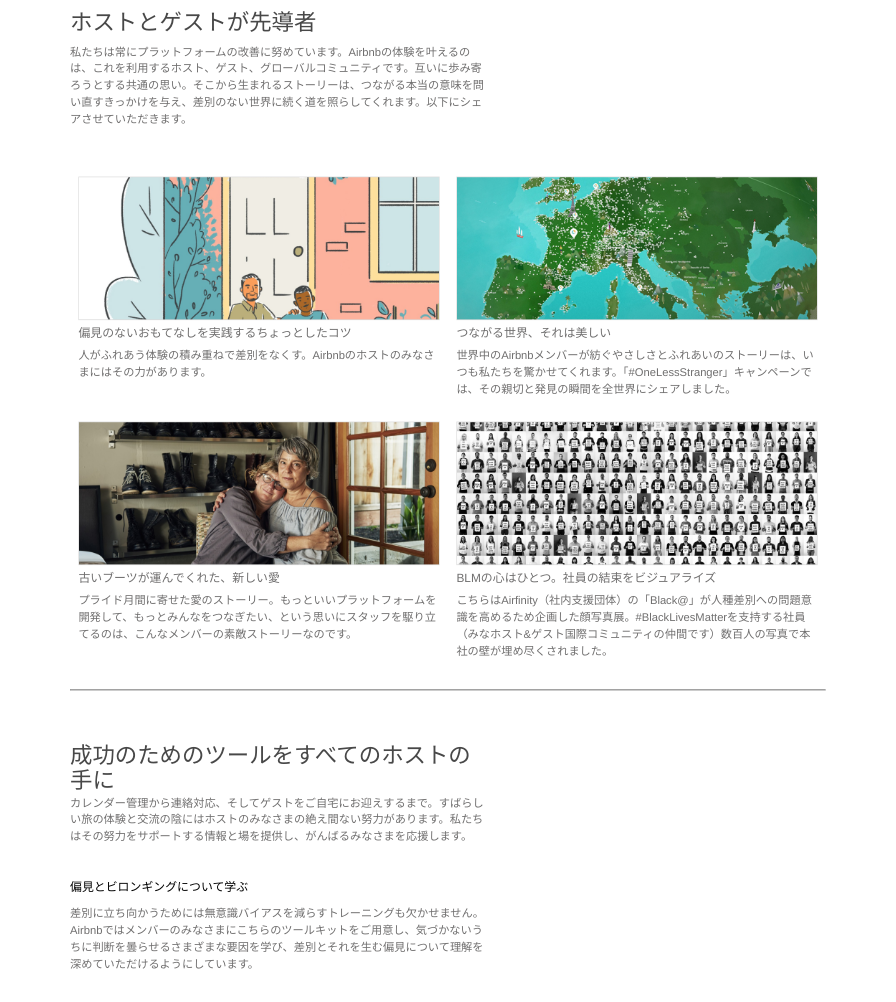
Repository: Ryoma-tech/20200622_htmlcss01
Page: index.html
The author's editor kept a copy of each file at every save. The page is drawn from the files as they stood at one save, then again after the next save.
The browser window is 1280 px wide. The pictures show the part of the page from y = 1466 to 3386 px (the page is 2897 px tall before and 3386 px after), at 70% of full size.

Above is the page before, as saved 2020-06-24 14:26:39.

### index.html
<!DOCTYPE html>
<html lang="en">

<head>
    <meta charset="UTF-8">
    <meta name="viewport" content="width=device-width, initial-scale=1.0">
    <title>Document</title>
    <link rel="stylesheet" href="style.css">
</head>

<body>
    <header>
        <h1><img src="images/Vector.png" alt=""></h1>
        <div class="topSearchBar">
            <img src="images/Frame.png" height="18" width="18" class="searchBarIcon"></img>
            <input type="text" placeholder="探す">
        </div>
        <nav>
            <ul>
                <li>
                    <a href=""><img src="images/Frame (1).png" alt="" height="12" width="12" class="jpIcon"> 日本語(JP)</a>
                </li>
                <li><a href="">¥ JPY</a></li>
                <li><a href="">ホストをはじめる</a></li>
                <li><a href="">ヘルプ</a></li>
                <li><a href="">登録する</a></li>
                <li><a href="">ログイン</a></li>
            </ul>
        </nav>
    </header>
    <main>
        <div class="topWrapper">
            <div class="topMessage">
                <h1>多様な国際コミュニティが、<br>Airbnbを生かす</h1>
                <p>あらゆるホストとゲストを受け容れるプラットフォームを築くことが、Airbnbの一番大きな目標です。私たちは常に改善を続けていきます。</p>
            </div>
        </div>
        <article>
            <section>
                <div class="container">
                    <div class="section1">
                        <div class="desc1">
                            <p>Airbnbのミッションは、「人は根源的に善であり、人が集まるコミュニティにはかならず居場所がある」という発想が核にあります。差別はこの会社の前に立ちはだかる最大の課題だと心の底から思います。それはわれわれの存在の軸、価値観とは相容れないものです。
                            </p>
                        </div>
                        <div class="ceoProfile">
                            <img src="/images/Rectangle (1).png" alt="">
                            <p>ブライアン・チェスキー</p>
                            <p>Airbnb共同創業者兼CEO</p>
                        </div>
                    </div>
                    <hr>
                </div>
            </section>
            <section>
                <div class="container">
                    <div class="section2">
                        <h2>Airbnbのプラットフォームに差別が許される余地はありません</h2>
                        <p>創業メンバーのエアーマット1枚から始まったAirbnbも、今や数百万件の登録物件を抱えるグローバルコミュニティです。順調に成長する中、誰もが差別や偏見に遭うことなくご利用いただけるプラットフォームに整備していく管理責任も大きくなりました。至らない点は改善を重ね、みなさまから貴重なご意見と学びをいただけることに感謝しながら、私たちはたゆまぬ努力を続けています。</p>
                        <p>当社は2016年に、多様性と多様性の受け入れに関する取り組みが充分なされていることを確かめるため、Airbnbのプラットフォームをあらゆる角度から検証することに決め、アメリカ自由人権協会ワシントンDC支部のLaura Murphy元支部長にその調査のとりまとめを依頼しました。 関係各所の協力を得ながら数か月に渡って行った調査の結果を報告書にまとめましたので、Airbnbコミュニティのみなさまにお読みいただければ幸いです。</p>
                        <p>ローラの報告書と社内チームの連携の結果、数々の対策も発表することができました。「コミュニティの誓約」の導入、「差別禁止ポリシー」の強化、差別撲滅&ダイバーシティ向上専属チームの常設などですが、これはAirbnbが進める差別撲滅対策のほんの一例に過ぎません。今回の報告書作成とイニシアチブ策定に当たっては、国際コミュニティからの声がとても重要な役割りを果たしました。ここを出発点として今後も差別の課題に取り組んでまいります。新しい動き、提携、情報はこのページでシェアしていきますので、どうぞお楽しみに。</p>
                    </div>
                    <hr>
                </div>
            </section>
            <section>
                <div class="container">
                    <div class="section3">
                        <div class="section3Message">
                            <h2>ホストとゲストが先導者</h2>
                            <p>私たちは常にプラットフォームの改善に努めています。Airbnbの体験を叶えるのは、これを利用するホスト、ゲスト、グローバルコミュニティです。互いに歩み寄ろうとする共通の思い。そこから生まれるストーリーは、つながる本当の意味を問い直すきっかけを与え、差別のない世界に続く道を照らしてくれます。以下にシェアさせていただきます。</p>
                        </div>
                        <div class="flexContainer">
                            <div class="item">
                                <img src="/images/Rectangle (2).png" alt="">
                                <h3>偏見のないおもてなしを実践するちょっとしたコツ</h3>
                                <p>人がふれあう体験の積み重ねで差別をなくす。Airbnbのホストのみなさまにはその力があります。</p>
                            </div>
                            <div class="item">
                                <img src="/images/Rectangle (3).png" alt="">
                                <h3>つながる世界、それは美しい</h3>
                                <p>世界中のAirbnbメンバーが紡ぐやさしさとふれあいのストーリーは、いつも私たちを驚かせてくれます。「#OneLessStranger」キャンペーンでは、その親切と発見の瞬間を全世界にシェアしました。</p>
                            </div>
                            <div class="item">
                                <img src="/images/Rectangle (4).png" alt="">
                                <h3>古いブーツが運んでくれた、新しい愛</h3>
                                <p>プライド月間に寄せた愛のストーリー。もっといいプラットフォームを開発して、もっとみんなをつなぎたい、という思いにスタッフを駆り立てるのは、こんなメンバーの素敵ストーリーなのです。</p>
                            </div>
                            <div class="item">
                                <img src="/images/Rectangle (5).png" alt="">
                                <h3>BLMの心はひとつ。社員の結束をビジュアライズ</h3>
                                <p>こちらはAirfinity（社内支援団体）の「Black@」が人種差別への問題意識を高めるため企画した顔写真展。#BlackLivesMatterを支持する社員（みなホスト&ゲスト国際コミュニティの仲間です）数百人の写真で本社の壁が埋め尽くされました。</p>
                            </div>
                        </div>
                    </div>
                    <hr>
                </div>
            </section>
            <section>
                <div class="container">
                    <div class="section4">
                        <div class="section4Heading">
                            <h2>成功のためのツールをすべてのホストの手に</h2>
                            <p>カレンダー管理から連絡対応、そしてゲストをご自宅にお迎えするまで。すばらしい旅の体験と交流の陰にはホストのみなさまの絶え間ない努力があります。私たちはその努力をサポートする情報と場を提供し、がんばるみなさまを応援します。</p>
                        </div>
                        <div class="section4Desc">
                            <h3>偏見とビロンギングについて学ぶ</h3>
                            <p>差別に立ち向かうためには無意識バイアスを減らすトレーニングも欠かせません。Airbnbではメンバーのみなさまにこちらのツールキットをご用意し、気づかないうちに判断を曇らせるさまざまな要因を学び、差別とそれを生む偏見について理解を深めていただけるようにしています。</p>
                        </div>
                    </div>
                </div>
            </section>
        </article>
    </main>
</body>

</html>

### style.css
html,
body,
div,
span,
object,
iframe,
h1,
h2,
h3,
h4,
h5,
h6,
p,
blockquote,
pre,
abbr,
address,
cite,
code,
del,
dfn,
em,
img,
ins,
kbd,
q,
samp,
small,
strong,
sub,
sup,
var,
b,
i,
dl,
dt,
dd,
ol,
ul,
li,
fieldset,
form,
label,
legend,
table,
caption,
tbody,
tfoot,
thead,
tr,
th,
td,
article,
aside,
canvas,
details,
figcaption,
figure,
footer,
header,
hgroup,
menu,
nav,
section,
summary,
time,
mark,
audio,
video {
    margin: 0;
    font-family: Helvetica Neue;
}

* {
    box-sizing: border-box;
}

li {
    list-style: none;
}

a {
    text-decoration: none;
    color: black;
}

h2 {
    font-size: 32px;
    font-style: normal;
    font-weight: normal;
    line-height: 36px;
    color: #484848;
}

h3 {
    font-style: normal;
    font-weight: normal;
    font-size: 17px;
}

.container {
    max-width: 1080px;
    margin: 0 auto;
}

header {
    display: flex;
    justify-content: space-between;
    align-items: center;
    height: 80px;
}

p {
    color: #706f6f;
    font-size: 16px;
}

header>h1>img {
    height: 34px;
    width: 34px;
    margin: 23px;
}

header>h1 {
    margin-right: auto;
}

.topSearchBar input {
    border: none;
}

.topSearchBar input:focus {
    outline: none;
}

.topSearchBar {
    position: absolute;
    left: 100px;
    width: 460px;
    height: 48px;
    left: 80px;
    top: 16px;
    background: #ffffff;
    border: 1px solid #ebebeb;
    box-sizing: border-box;
    box-shadow: 0px 2px 4px rgba(0, 0, 0, 0.1);
    border-radius: 4px;
    transition: all 0.5s;
}

.topSearchBar:hover {
    width: 700px;
    box-shadow: 0px 3px 5px rgba(0, 0, 0, 0.1);
}

.searchBarIcon {
    margin-left: 10px;
    margin-top: 12px;
}

.jpIcon {
    vertical-align: middle;
}

nav>ul {
    display: flex;
}

nav>ul>li {
    margin: 16px;
    border-bottom: 1.5px solid rgba(255, 255, 0, 0);
    font-style: normal;
    font-weight: normal;
    font-size: 13px;
    line-height: 80px;
}

nav>ul>li:hover {
    border-bottom: 1.5px solid #555454;
}

.topWrapper {
    margin-top: 3px;
    width: 100%;
    height: 565px;
    background-image: url(https://a0.muscache.com/airbnb/static/diversity/inclusion/Hero1-df91c6cd36186c72029bfa46a8002a5d.jpg);
}

.topMessage {
    position: relative;
    top: 210px;
    color: #fff;
    margin-left: 220px;
    width: 481px;
}

.topMessage h1 {
    font-style: normal;
    font-weight: normal;
    font-size: 35px;
    letter-spacing: 0.9px;
    color: #ffffff;
}

.topMessage p {
    letter-spacing: -0.2px;
    color: #fff;
}

article {
    margin-top: 70px;
}

.section1 {
    text-align: center;
    color: #706f6f;
    margin-bottom: 14px;
}

.desc1 {
    width: 600px;
    margin: 0 auto;
}

.ceoProfile {
    margin-top: 30px;
}

.ceoProfile img {
    width: 64px;
    height: 64px;
    object-fit: cover;
    border-radius: 50%;
}

hr {
    width: 100%;
    height: 1px;
    background: #484848;
}

.section2 {
    margin-top: 43px;
    margin-bottom: 63px;
}

.section2 h2 {
    font-style: normal;
    font-weight: normal;
    line-height: 36px;
    margin-bottom: 33px;
}

.section2 p {
    margin-bottom: 16px;
    line-height: 22px;
}

.section3 {
    margin-top: 75px;
    color: #706f6f;
}

.section3Message {
    text-align: left;
    width: 55%;
    margin-bottom: 72px;
}

.section3 h2 {
    margin-bottom: 10px;
}

.flexContainer {
    display: flex;
    flex-wrap: wrap;
}

.flexContainer img {
    width: 100%;
}

.flexContainer h3 {
    margin-bottom: 8px;
}

.item {
    max-width: 50%;
    padding: 0 12px 36px;
}

.section4 {
    max-width: 600px;
    margin-top: 75px;
}

.section4Heading {
    margin-bottom: 47px;
}

.section4Desc {
    margin-bottom: 44px;
}

.section4Desc h3 {
    margin-bottom: 14px;
}

After the next save:
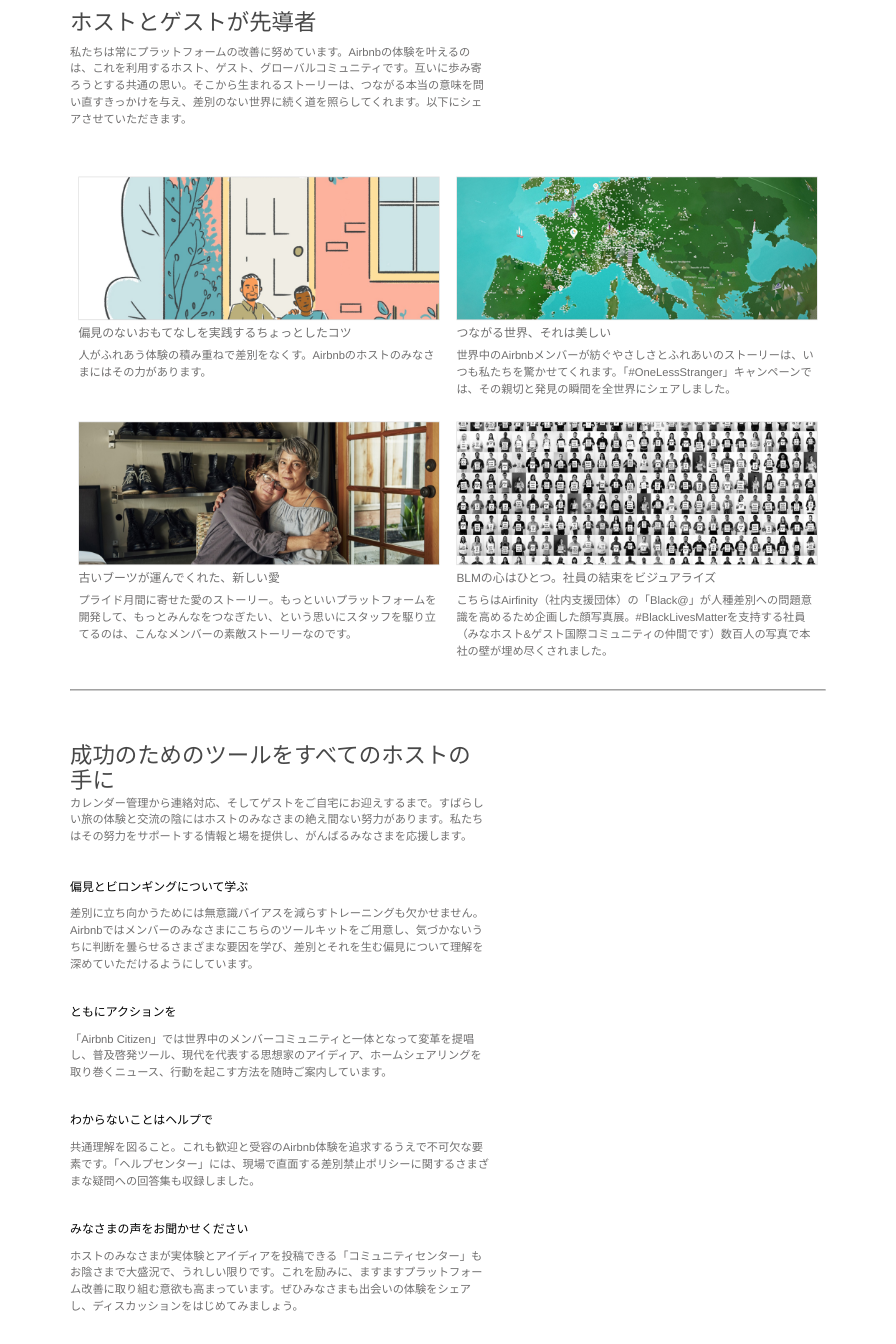
Saved 2 min 15 s later.
--- a/index.html
+++ b/index.html
@@ -107,6 +107,19 @@
                             <h3>偏見とビロンギングについて学ぶ</h3>
                             <p>差別に立ち向かうためには無意識バイアスを減らすトレーニングも欠かせません。Airbnbではメンバーのみなさまにこちらのツールキットをご用意し、気づかないうちに判断を曇らせるさまざまな要因を学び、差別とそれを生む偏見について理解を深めていただけるようにしています。</p>
                         </div>
+                        <div class="section4Desc">
+                            <h3>ともにアクションを</h3>
+                            <p>「Airbnb Citizen」では世界中のメンバーコミュニティと一体となって変革を提唱し、普及啓発ツール、現代を代表する思想家のアイディア、ホームシェアリングを取り巻くニュース、行動を起こす方法を随時ご案内しています。</p>
+                        </div>
+                        <div class="section4Desc">
+                            <h3>わからないことはヘルプで</h3>
+                            <p>共通理解を図ること。これも歓迎と受容のAirbnb体験を追求するうえで不可欠な要素です。「ヘルプセンター」には、現場で直面する差別禁止ポリシーに関するさまざまな疑問への回答集も収録しました。</p>
+                        </div>
+                        <div class="section4Desc">
+                            <h3>みなさまの声をお聞かせください</h3>
+                            <p>ホストのみなさまが実体験とアイディアを投稿できる「コミュニティセンター」もお陰さまで大盛況で、うれしい限りです。これを励みに、ますますプラットフォーム改善に取り組む意欲も高まっています。ぜひみなさまも出会いの体験をシェアし、ディスカッションをはじめてみましょう。
+                            </p>
+                        </div>
                     </div>
                 </div>
             </section>
